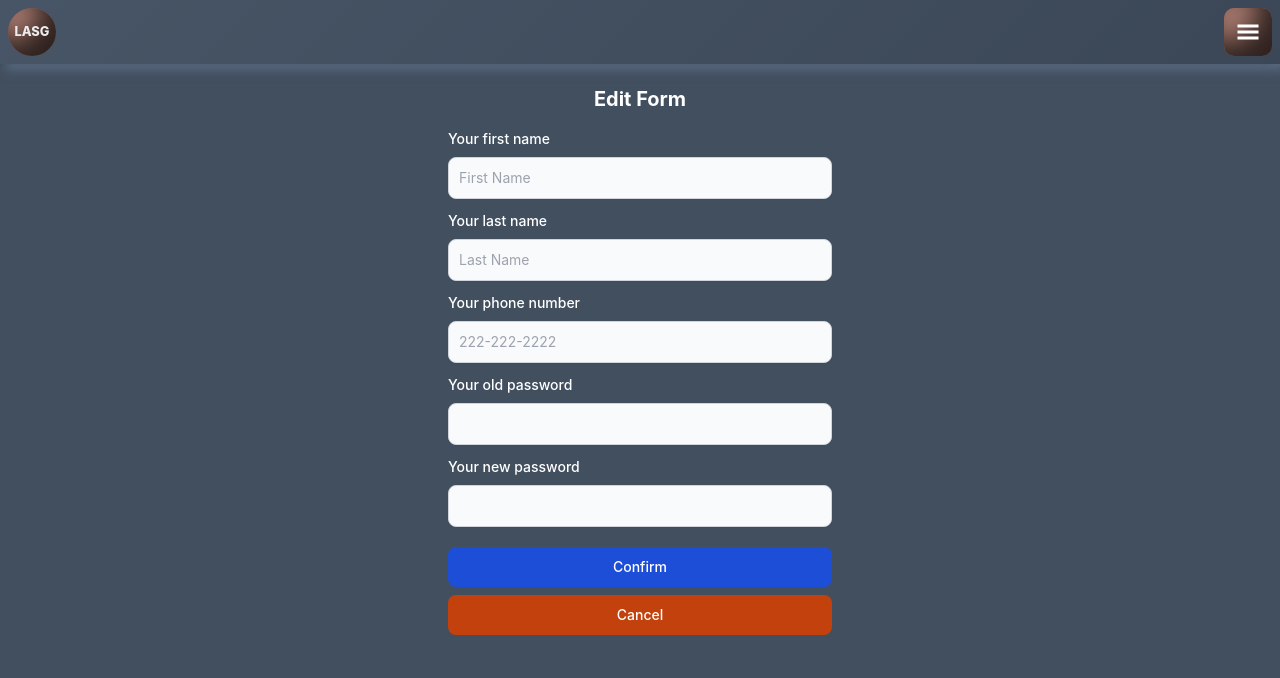
Repository: ShindanoSingi/LA-Swahili-Group
Page: /edit (app in client/)
These files come from the project's save history. The page is drawn as it stood at one moment and after the next save; the edit follows.
The browser window is 1280 px wide. The pictures show the whole page.
The project was rebuilt for these pictures with package versions that can differ from the ones it lists, and the page was loaded fresh each time. Also part of the build but not shown: client/src/pages/error/Error.css, client/src/pages/error/Error.js, client/src/pages/home/Home.js, client/src/pages/about/About.js, client/src/pages/contact/Contact.js, client/src/pages/login/Login.js, client/src/pages/userDashBoard/UserDashBoard.js, client/src/pages/superUsersDashBoard/SuperUsersDashBoard.js and 1 more.

Above is the page before, as saved 2024-02-12 00:16:05.

After the next save:
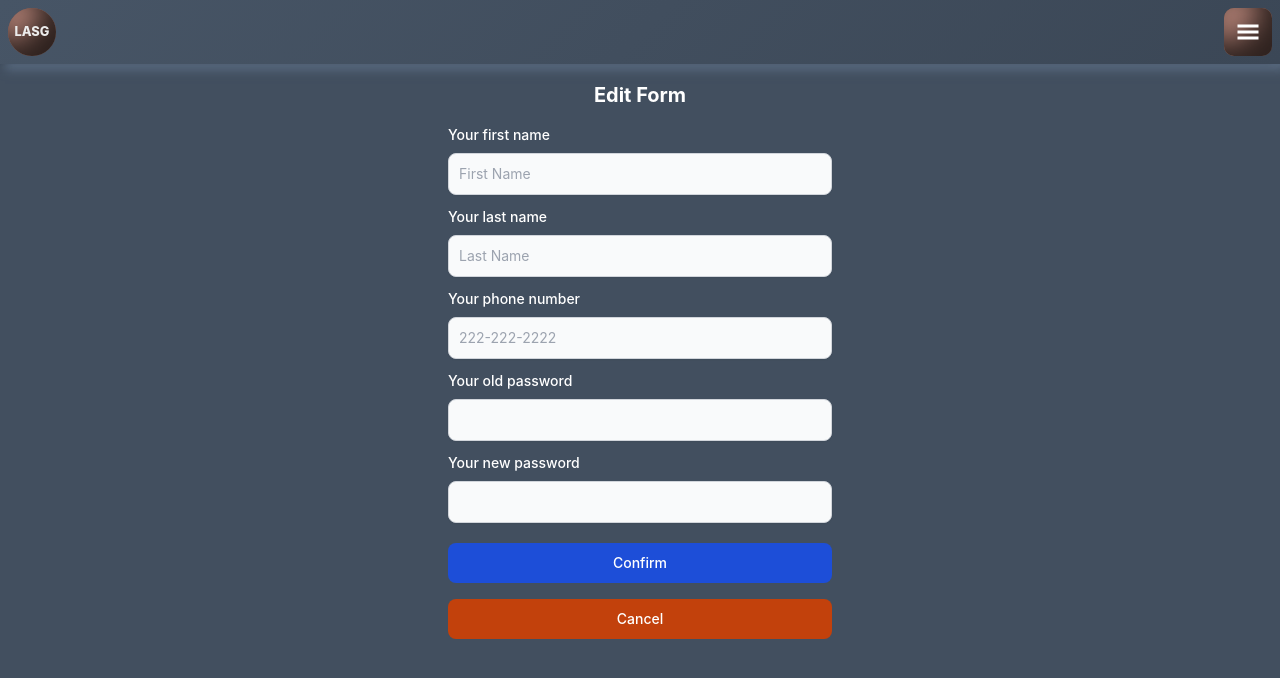
Saved 58 s later.
--- a/client/src/pages/editUser/EditUser.js
+++ b/client/src/pages/editUser/EditUser.js
@@ -92,7 +92,7 @@ function EditUser() {
                                     </button>
                                     <button
                                           type="submit"
-                                          className="text-white mt-2 w-full bg-orange-700 hover:bg-blue-800 focus:ring-4 focus:outline-none focus:ring-blue-300 font-medium rounded-lg text-sm px-5 py-2.5 text-center dark:bg-blue-600 dark:hover:bg-blue-700 dark:focus:ring-blue-800"
+                                          className="text-white mt-4 w-full bg-orange-700 hover:bg-blue-800 focus:ring-4 focus:outline-none focus:ring-blue-300 font-medium rounded-lg text-sm px-5 py-2.5 text-center dark:bg-blue-600 dark:hover:bg-blue-700 dark:focus:ring-blue-800"
                                     >
                                           Cancel
                                     </button>
